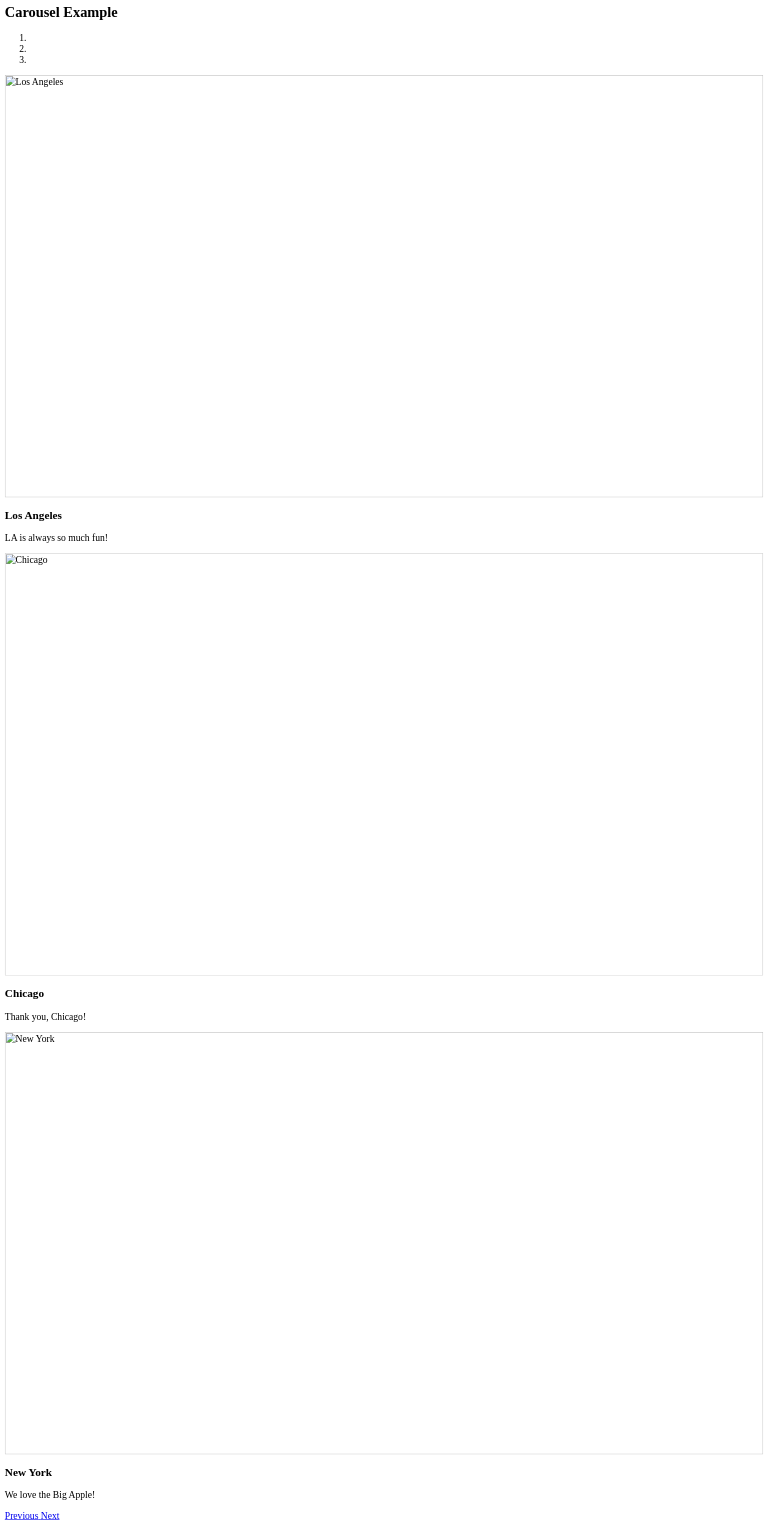
Repository: ashutosh238/ozonetelblogsite
Page: OzonetelBlogSiteFrontEnd/carousel.html
The author's editor kept a copy of each file at every save. The page is drawn from the files as they stood at one save, then again after the next save.
The browser window is 1280 px wide. The pictures show the whole page, at 60% of full size.

Above is the page before, as saved 2019-01-09 11:31:20.
Not found: OzonetelBlogSiteFrontEnd/images/cc.png
Not found: OzonetelBlogSiteFrontEnd/images/koko.png
Not found: OzonetelBlogSiteFrontEnd/images/t2c.png

After the next save:
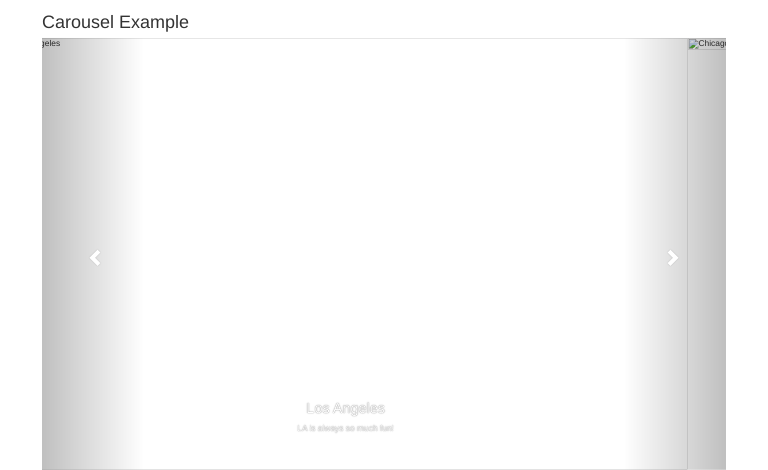
Saved 73 s later.
--- a/OzonetelBlogSiteFrontEnd/carousel.html
+++ b/OzonetelBlogSiteFrontEnd/carousel.html
@@ -1,3 +1,13 @@
+<html>
+<head>
+  <title>Bootstrap Example</title>
+  <meta charset="utf-8">
+  <meta name="viewport" content="width=device-width, initial-scale=1">
+  <link rel="stylesheet" href="https://maxcdn.bootstrapcdn.com/bootstrap/3.3.7/css/bootstrap.min.css">
+  <script src="https://ajax.googleapis.com/ajax/libs/jquery/3.3.1/jquery.min.js"></script>
+  <script src="https://maxcdn.bootstrapcdn.com/bootstrap/3.3.7/js/bootstrap.min.js"></script>
+</head>
+<body>
 <div class="container">
   <h2>Carousel Example</h2>
   <div id="myCarousel" class="carousel slide" data-ride="carousel">
@@ -48,3 +58,5 @@
     </a>
   </div>
 </div>
+</body>
+</html>
